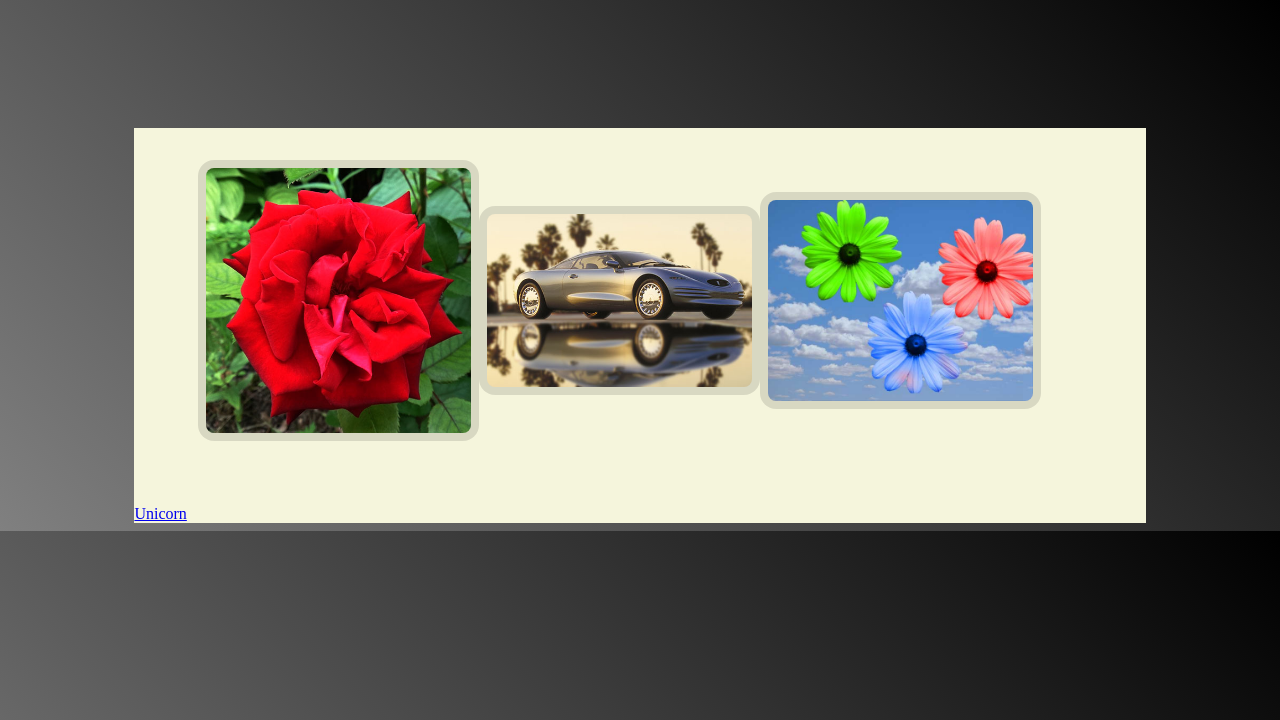
Repository: ViggoSkj/VGY
Page: ovningar/photoshopovning/photoshopovning.html
These files come from the project's save history. The page is drawn as it stood at one moment and after a run of saves; the edit follows.
The browser window is 1280 px wide. The pictures show the whole page.

Above is the page before, as saved 2022-11-27 12:10:07.

After the next 2 saves:
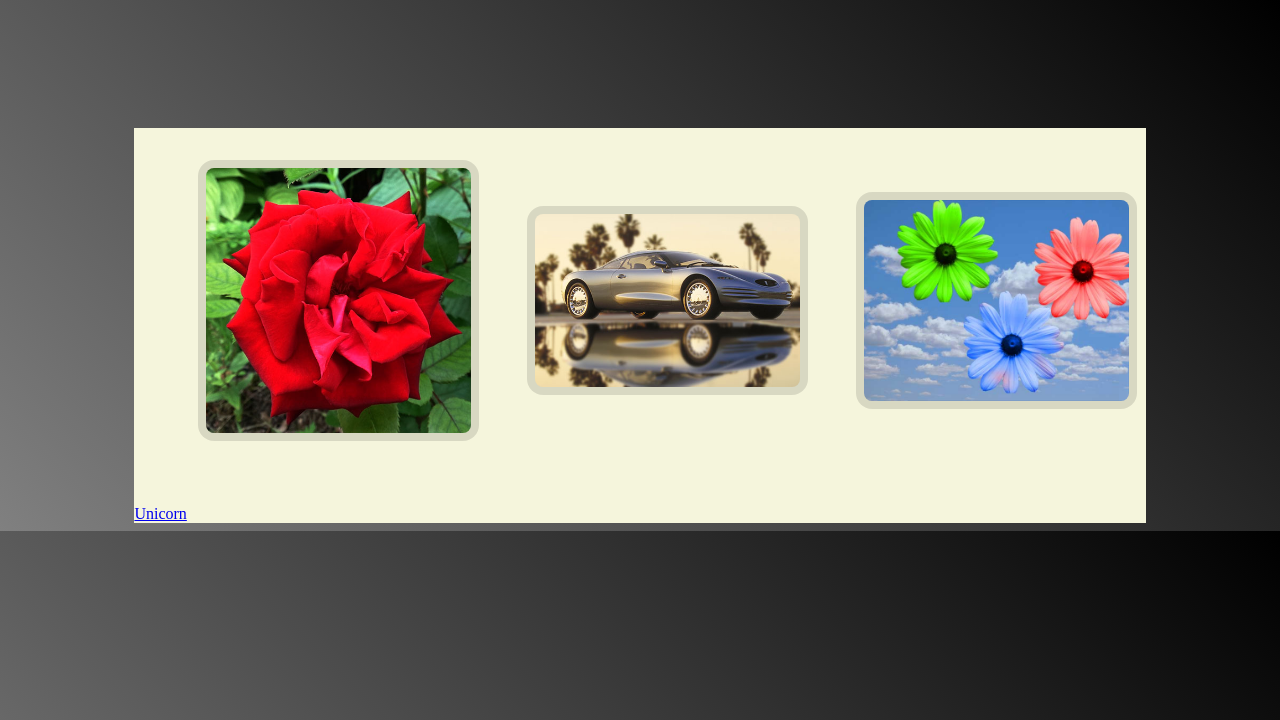
The 2 saves are shown as one change because they came seconds apart.
The last was saved 10 s later.
--- a/ovningar/photoshopovning/public/css/style.css
+++ b/ovningar/photoshopovning/public/css/style.css
@@ -23,6 +23,7 @@ img
 .images
 {
     display: flex;
+    gap: 3em;
     align-items: center;
     padding: 2em;
     margin: 2em;
